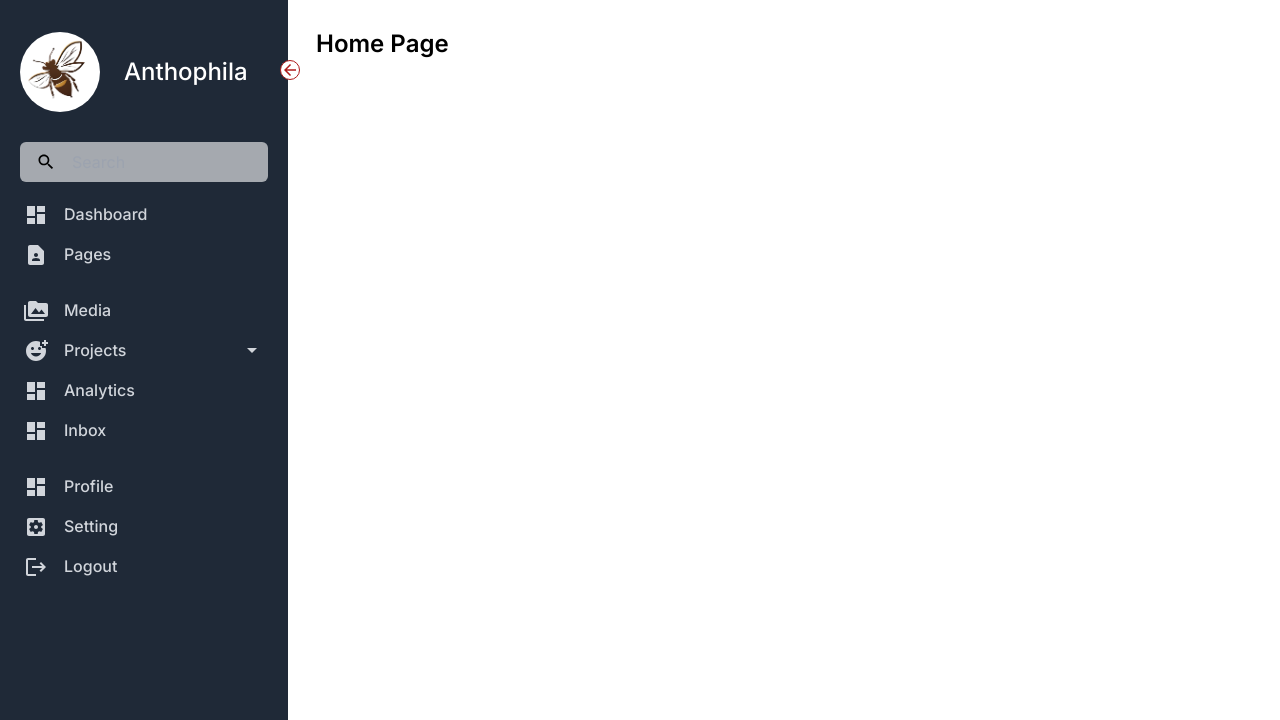
Repository: marcusdashe/anthophila
Page: /dashboard
The author's editor kept a copy of each file at every save. The page is drawn from the files as they stood at one save, then again after the next save.
The browser window is 1280 px wide. The pictures show the whole page.
The project was rebuilt for these pictures with package versions that can differ from the ones it lists, and the page was loaded fresh each time. The framework's server and built-in components were replaced by stand-ins that run in the browser. Also part of the build but not shown: next.config.js.

Above is the page before, as saved 2023-04-05 17:05:33.

### pages/_document.js
import { Html, Head, Main, NextScript } from "next/document";

export default function Document() {
  return (
    <Html lang="en">
      <Head>
        <link rel="preconnect" href="https://fonts.googleapis.com" />
        <link
          rel="preconnect"
          href="https://fonts.gstatic.com"
          crossOrigin="true"
        />
        <link
          href="https://fonts.googleapis.com/css2?family=Inter:wght@100;200;300;400;500;600&display=swap"
          rel="stylesheet"
        />
      </Head>
      <body>
        <Main />
        <NextScript />
      </body>
    </Html>
  );
}

### pages/dashboard.js
import React, { useState } from "react";
import ArrowBackIcon from "@mui/icons-material/ArrowBack";
import SearchIcon from "@mui/icons-material/Search";
import DashboardIcon from "@mui/icons-material/Dashboard";
import ArrowDropDownIcon from "@mui/icons-material/ArrowDropDown";
import ContactPageIcon from "@mui/icons-material/ContactPage";
import PermMediaIcon from "@mui/icons-material/PermMedia";
import AddReactionIcon from "@mui/icons-material/AddReaction";
import LogoutIcon from "@mui/icons-material/Logout";
import SettingsApplicationsIcon from "@mui/icons-material/SettingsApplications";

const Dashboard = () => {
  const [open, setOpen] = useState(true);
  const [submenuOpen, setSubmenuOpen] = useState(false);

  const Menus = [
    { title: "Dashboard" },
    { title: "Pages", icon: <ContactPageIcon /> },
    { title: "Media", spacing: true, icon: <PermMediaIcon /> },
    {
      title: "Projects",
      submenu: true,
      icon: <AddReactionIcon />,
      submenuItems: [
        { title: "Submenu 1" },
        { title: "Submenu 2" },
        { title: "Submenu 3" },
      ],
    },
    { title: "Analytics" },
    { title: "Inbox" },
    { title: "Profile", spacing: true },
    { title: "Setting", icon: <SettingsApplicationsIcon /> },
    { title: "Logout", icon: <LogoutIcon /> },
  ];

  return (
    <div className="flex">
      <div
        className={`bg-gray-800 h-screen p-5 pt-8 ${
          open ? "w-72" : "w-[125px]"
        } relative duration-300`}
      >
        <ArrowBackIcon
          fontSize="small"
          onClick={() => setOpen(!open)}
          className={`bg-white text-[#AE1B1B] text-3xl mt-5
                                rounded-full absolute -right-3 top-10
                                cursor-pointer ${
                                  !open && "rotate-180"
                                } duration-300 border border-[#AE1B1B]`}
        />
        <div className="inline-flex items-center text-white">
          <img
            src="/assets/logo.png"
            alt="logo"
            className={`object-scale-down mr-2 h-20 w-20
                        bg-white rounded-full text-2xl
                        cursor-pointer block float-left duration-500 ${
                          open && "rotate-[360deg]"
                        }`}
          />
          <h1
            className={`text-white origin-left font-medium ml-4 text-2xl duration-300 ${
              !open && "scale-0"
            }`}
          >
            Anthophila
          </h1>
        </div>
        <div
          className={`flex items-center rounded-md bg-white bg-opacity-60 mt-6 ${
            !open ? "px-2.5" : "px-4"
          } py-2`}
        >
          <SearchIcon
            onClick={() => setOpen(!open)}
            fontSize="small"
            className={`text-black  text-md block float-left cursor-left ${
              open && "mr-2"
            }`}
          />
          <input
            type={"search"}
            placeholder={"Search"}
            className={`text-base bg-transparent w-full text-white focus:outline-none pl-2 ${
              !open && "hidden"
            }`}
          />
        </div>

        <ul className=" pt-2">
          {Menus.map((menu, index) => (
            <>
              <li
                key={index}
                className={`text-gray-300
                text-small flex
                items-center gap-x-4 cursor-pointer rounded px-1
                 hover:bg-white hover:text-black duration-300
                 bg-opacity-100  ${menu.spacing ? "mt-6" : "mt-2"}`}
              >
                <span className="text-2xl block float-left">
                  {menu.icon ? menu.icon : <DashboardIcon />}
                </span>
                <span
                  className={`text-base font-medium flex-1 duration-500 ${
                    !open && "hidden"
                  }`}
                >
                  {menu.title}
                </span>
                {menu.submenu && open && (
                  <ArrowDropDownIcon
                    className={`${submenuOpen && "rotate-180"} duration-500`}
                    onClick={() => setSubmenuOpen(!submenuOpen)}
                  />
                )}
              </li>
              {menu.submenu && submenuOpen && open && (
                <ul>
                  {menu.submenuItems.map((submenuItem, index) => (
                    <li
                      key={index}
                      className="
                            text-gray-300
                text-small flex
                items-center gap-x-4 cursor-pointer rounded px-5
                 hover:bg-white hover:text-black duration-300
                 bg-opacity-100
                      "
                    >
                      {submenuItem.title}
                    </li>
                  ))}
                </ul>
              )}
            </>
          ))}
        </ul>
      </div>

      <div className="p-7">
        <h1 className="text-2xl font-semibold"> Home Page</h1>
      </div>
    </div>
  );
};

export default Dashboard;

### styles/globals.css
@tailwind base;
@tailwind components;
@tailwind utilities;


@layer base {
    html {

      font-family: 'Inter', sans-serif;
    }
  }

### tailwind.config.js
/** @type {import('tailwindcss').Config} */

module.exports = {
  content: [
    "./app/**/*.{js,ts,jsx,tsx}",
    "./pages/**/*.{js,ts,jsx,tsx}",
    "./components/**/*.{js,ts,jsx,tsx}",
  ],
  theme: {
    extend: {},
  },
  plugins: [],
}

Loaded but not shown: pages/_app.js (common file); pages/api/hello.js (common file)

After the next save:
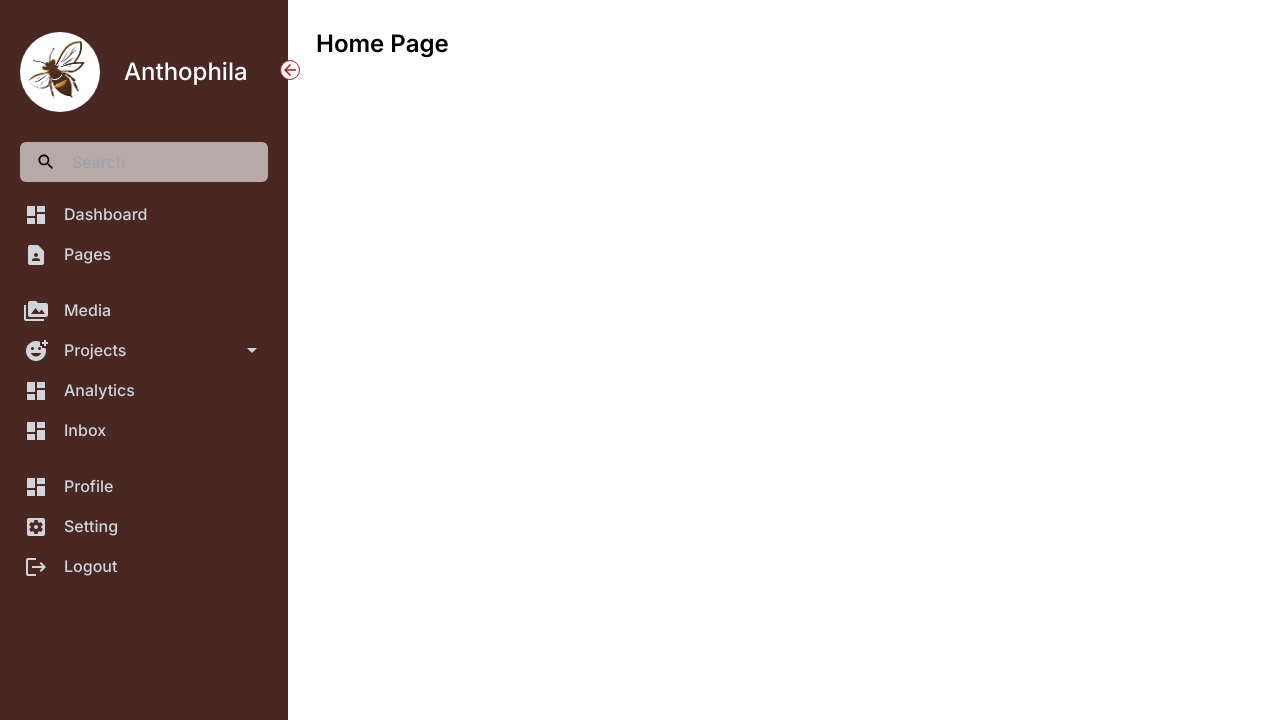
Saved 4 min 27 s later.
--- a/pages/dashboard.js
+++ b/pages/dashboard.js
@@ -37,7 +37,7 @@ const Dashboard = () => {
   return (
     <div className="flex">
       <div
-        className={`bg-gray-800 h-screen p-5 pt-8 ${
+        className={`bg-[#492823] h-screen p-5 pt-8 ${
           open ? "w-72" : "w-[125px]"
         } relative duration-300`}
       >
